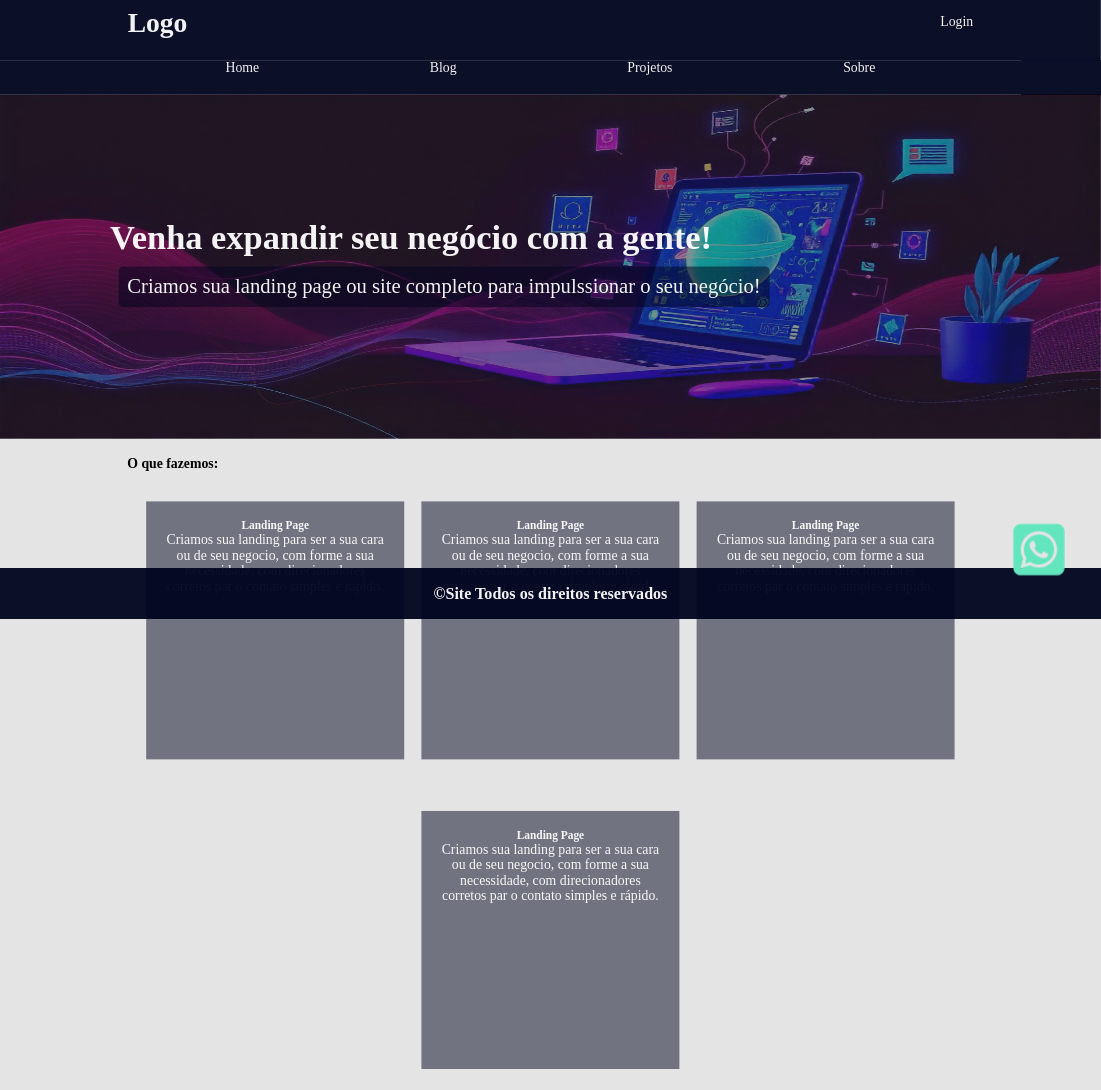
Repository: SauloMorais01/mysitefront-end
Page: index.html
These files come from the project's save history. The page is drawn as it stood at one moment and after the next save; the edit follows.
The browser window is 1280 px wide. The pictures show the whole page, at 86% of full size.
Some web libraries are served in a nearby version.

Above is the page before, as saved 2024-11-02 20:17:38.

After the next save:
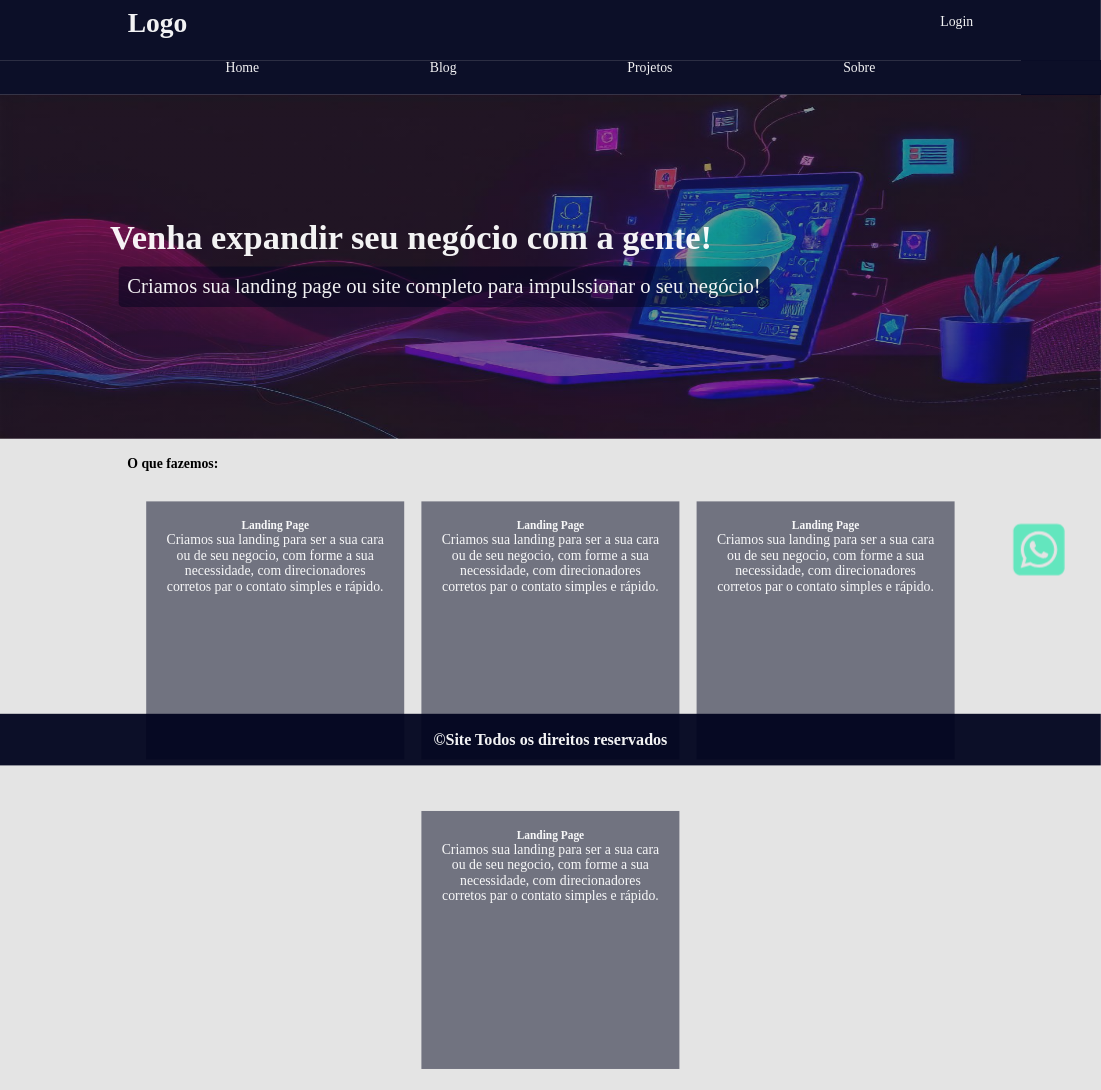
Saved 6 s later.
--- a/src/css/style.css
+++ b/src/css/style.css
@@ -148,7 +148,6 @@ footer h3 {
 footer {
     clear: both;
     width: 100%;
-    position: fixed;
     bottom: 0;
 }
 
